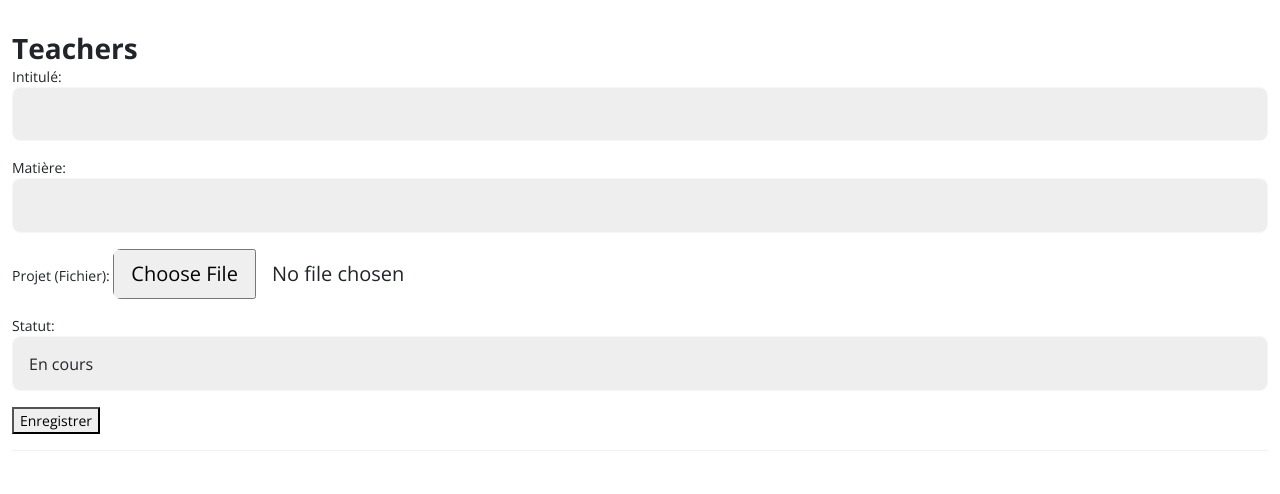
Repository: dimitri0004/Moodle
Page: http://localhost/enseignant/projet/ajouter
These files come from the project's save history. The page is drawn as it stood at one moment and after the next save; the edit follows.
The browser window is 1280 px wide. The pictures show the whole page.
The page is served by the project's application, run on Django 4.2 (manage.py). Other server files are loaded and not shown.

Above is the page before, as saved 2023-08-16 14:52:03.
Console error: TypeError: Cannot set properties of null (setting 'innerHTML')

### templates/Enseignant/projet.html
{% extends "base.html" %}
{% block content %}
<!DOCTYPE html>
<html lang="en">
<head>
    <meta charset="UTF-8">
    <title>Ajouter un projet</title>
</head>
<body>
    <div class="body d-flex py-lg-3 py-md-2">
        <div class="container-xxl">
            <div class="row">
                <div class="col-md-12">
                    <div class="card border-0 mb-4 no-bg">
                        <div class="card-header py-3 px-0  align-items-center  justify-content-between border-bottom">
                            <h3 class=" fw-bold flex-fill mb-0" style="4px solid red;" >Teachers</h3>


                            <form method="post"   enctype="multipart/form-data">
                                {% csrf_token %}
                                <div class="col-12">
                                    <div class="mb-2">
                                    {{ form.as_p }}
                                    </div>
                                </div>
                                <button type="submit">Enregistrer</button>
                            </form>
                       </div>
                    </div>
                </div>
            </div>
        </div>
    </div>
</body>
</html>


{% endblock %}

### templates/base.html
{% load static %}
<!DOCTYPE html>
<html lang="en">
<head>
    <meta charset="UTF-8">
    <meta name="viewport" content="width=device-width, initial-scale=1.0">
    <title>Document</title>

    <link rel="icon" href="favicon.ico" type="image/x-icon"> <!-- Favicon-->

    <!-- plugin css file  -->
    <link rel="stylesheet" href="{% static 'assets/css/carousel.min.css' %}" />
    <!-- project css file  -->
    <link rel="stylesheet" href="{% static 'assets/css/e-learn.style.min.css' %}">
    <!-- Google Code  -->
    <script async src="https://www.googletagmanager.com/gtag/js?id=UA-264428387-1"></script>
    <script>
      window.dataLayer = window.dataLayer || [];
      function gtag(){dataLayer.push(arguments);}
      gtag('js', new Date());

      gtag('config', 'UA-264428387-1');
    </script>

    <script src="{% static 'assets/bundles/libscripts.bundle.js' %}"></script>

    <!-- Plugin Js-->
    <script src="{% static 'assets/bundles/carousel.bundle.js' %}"></script>
    <script src="{% static 'assets/bundles/apexcharts.bundle.js' %}"></script>

    <!-- Jquery Page Js -->
    <script src="{% static 'js/template.js' %}"></script>
    <script src="{% static 'js/page/elearn-index.js' %}"></script>
</head>
<body>
   {% if user.is_authenticated %}

    {% include "_partiels/nav.html" %}
   {% endif %}


    {% block content %}{% endblock %}
</body>
</html>

### AppEcole/forms.py
from django import forms
from .models import Devoir

class ProjetForm(forms.ModelForm):
    intitule = forms.CharField(label='Intitulé', widget=forms.TextInput(attrs={
        'class': 'form-control form-control-lg'
    }))
    matiere = forms.CharField(label='Matière', widget=forms.TextInput(attrs={
        'class': 'form-control form-control-lg'
    }))
    projet = forms.FileField(label='Projet (Fichier)', widget=forms.ClearableFileInput(attrs={
        'class': 'form-control-file  form-control-lg'
    }))
    statut = forms.ChoiceField(label='Statut', choices=Devoir.STATUT_CHOICES, widget=forms.Select(attrs={
        'class': 'form-control form-control-lg'
    }))

    class Meta:
        model = Devoir
        fields = ['intitule', 'matiere', 'projet', 'statut']

### AppEcole/models.py
from django.db import models
from django.contrib.auth.models import AbstractUser
class User(AbstractUser):
    ETUDIANT= " ETUDIANT"
    ENSEIGNANT="ENSEIGNANT"
    ADMINISTRATEUR=" ADMINISTRATEUR"

    ROLE_CHOICES = (
        ('ETUDIANT', 'Etudiant'),
        ('ENSEIGNANT', 'Enseignant'),
        ('ADMINISTRATEUR', 'Administrateur'),
    )

    role = models.CharField(max_length=30, choices=ROLE_CHOICES, verbose_name='Rôle')
    birthdate = models.DateField(null=True, blank=False)
    identifiant = models.CharField(max_length=20, null=True, blank=False)

    def __str__(self):
        return self.username

class Devoir(models.Model):

    STATUT_CHOICES = [
        ('en_cours', 'En cours'),
        ('soumis', 'Soumis'),
        ('corrigé', 'Corrige'),
        ('traité', 'Traite'),
        ('archivé', 'Archivé'),
    ]
    intitule=models.CharField(max_length=255)
    matiere=models.CharField(max_length=255)
    statut = models.CharField(max_length=20, choices=STATUT_CHOICES)
    projet = models.FileField(upload_to='projets')

    def __str__(self):
        return self.intitule


# Create your models here.

### AppEcole/views.py
from django.shortcuts import render,redirect
from django.core.validators import validate_email
from django.contrib.auth.models import User
from django.db.models import Q
from django.contrib.auth.decorators import login_required
from django.contrib.auth import authenticate, login, logout
from .forms import ProjetForm


from django.contrib.auth import get_user_model

def index(request):
    return render(request,'index.html')

def inscription(request):
    error = False
    message = ""

    if request.method == "POST":
        username = request.POST.get('username')
        email = request.POST.get('email')
        nom = request.POST.get('nom')
        prenom = request.POST.get('prenom')
        password = request.POST.get('password')
        confirmePassword = request.POST.get('confirmePassword')
        role = request.POST.get('role')
        identifiant = request.POST.get('identifiant')
        date = request.POST.get('date')# Récupérer le rôle du formulaire

        try:
            validate_email(email)
        except:
            error = True
            message = "Entrer un email valide svp"

        User = get_user_model()  # Obtenir le modèle utilisateur personnalisé

        user = User.objects.filter(Q(email=email) | Q(username=username)).first()
        if user:
            error = True
            message = f"L'email {email} ou le nom d'utilisateur {nom} est déjà utilisé par un utilisateur"

        if password != confirmePassword:
            error = True
            message = "Les deux mots de passe ne sont pas identiques"

        if error == False:
            user = User(

                username=username,
                email=email,
                last_name=nom,
                first_name=prenom,
                identifiant=identifiant,
                role=role,
                birthdate=date# Enregistrer le rôle dans le modèle
            )
            user.set_password(password)
            user.save()
            return redirect('acceuil')

    context = {
        'error': error,
        'message': message
    }
    return render(request, 'Utilisateur/inscription.html', context)

def connexion(request):
    error=False
    message=""
    if request.method=="POST":

        email=request.POST.get('email', None)
        password=request.POST.get('password', None)

        User = get_user_model()
        user=User.objects.filter(email=email).first()
        if user:
            user=authenticate(username=user.username, password=password)
            if user:
                login(request, user)
                return redirect('acceuil')
            else:
                error=True
                message="mot de passe  incorrecte"
        else:
            error=True
            message="l'utilisateur n'existe pas"
    return render(request, 'Utilisateur/connexion.html', {'error':error, 'message':message})

def ajouter_projet(request):
    if request.method == 'POST':
        form = ProjetForm(request.POST, request.FILES)
        if form.is_valid():
            form.save()
            return redirect('ajouter_projet')  # Rediriger vers la liste des projets
    else:
        form = ProjetForm()

    context = {'form': form}
    return render(request, 'Enseignant/projet.html', context)

# Create your views here.

### MoodleProject/urls.py
"""
URL configuration for MoodleProject project.

The `urlpatterns` list routes URLs to views. For more information please see:
    https://docs.djangoproject.com/en/4.2/topics/http/urls/
Examples:
Function views
    1. Add an import:  from my_app import views
    2. Add a URL to urlpatterns:  path('', views.home, name='home')
Class-based views
    1. Add an import:  from other_app.views import Home
    2. Add a URL to urlpatterns:  path('', Home.as_view(), name='home')
Including another URLconf
    1. Import the include() function: from django.urls import include, path
    2. Add a URL to urlpatterns:  path('blog/', include('blog.urls'))
"""
from django.contrib import admin
from django.urls import path,include
from django.conf import settings
from django.conf.urls.static import static


urlpatterns = [
    path('admin/', admin.site.urls),
    path('', include('AppEcole.urls')),
]
if settings.DEBUG:
    urlpatterns += static(settings.MEDIA_URL,
    document_root=settings.MEDIA_ROOT)

### AppEcole/urls.py
from django.urls import path
from .views import index, inscription, connexion,ajouter_projet
urlpatterns = [
    path('acceuil', index, name='acceuil'),
    path('inscription/', inscription, name='register'),
    path('connexion/', connexion, name='login'),
    path('enseignant/projet/ajouter', ajouter_projet, name='ajouter_projet'),

]

### static/assets/css/carousel.min.css
.owl-carousel,.owl-carousel .owl-item{-webkit-tap-highlight-color:transparent;position:relative}.owl-carousel{display:none;width:100%;z-index:1}.owl-carousel .owl-stage{position:relative;-ms-touch-action:pan-Y;-moz-backface-visibility:hidden}.owl-carousel .owl-stage:after{content:".";display:block;clear:both;visibility:hidden;line-height:0;height:0}.owl-carousel .owl-stage-outer{position:relative;overflow:hidden;-webkit-transform:translate3d(0, 0, 0)}.owl-carousel .owl-item,.owl-carousel .owl-wrapper{-webkit-backface-visibility:hidden;-moz-backface-visibility:hidden;-ms-backface-visibility:hidden;-webkit-transform:translate3d(0, 0, 0);-moz-transform:translate3d(0, 0, 0);-ms-transform:translate3d(0, 0, 0)}.owl-carousel .owl-item{min-height:1px;float:left;-webkit-backface-visibility:hidden;-webkit-touch-callout:none}.owl-carousel .owl-item img{display:block;width:100%}.owl-carousel .owl-dots.disabled,.owl-carousel .owl-nav.disabled{display:none}.no-js .owl-carousel,.owl-carousel.owl-loaded{display:block}.owl-carousel .owl-dot,.owl-carousel .owl-nav .owl-next,.owl-carousel .owl-nav .owl-prev{cursor:pointer;cursor:hand;-webkit-user-select:none;-khtml-user-select:none;-moz-user-select:none;-ms-user-select:none;user-select:none}.owl-carousel.owl-loading{opacity:0;display:block}.owl-carousel.owl-hidden{opacity:0}.owl-carousel.owl-refresh .owl-item{visibility:hidden}.owl-carousel.owl-drag .owl-item{-webkit-user-select:none;-moz-user-select:none;-ms-user-select:none;user-select:none}.owl-carousel.owl-grab{cursor:move;cursor:grab}.owl-carousel.owl-rtl{direction:rtl}.owl-carousel.owl-rtl .owl-item{float:right}.owl-carousel .animated{animation-duration:1s;animation-fill-mode:both}.owl-carousel .owl-animated-in{z-index:0}.owl-carousel .owl-animated-out{z-index:1}.owl-carousel .fadeOut{animation-name:fadeOut}@keyframes fadeOut{0%{opacity:1}100%{opacity:0}}.owl-height{transition:height .5s ease-in-out}.owl-carousel .owl-item .owl-lazy{opacity:0;transition:opacity .4s ease}.owl-carousel .owl-item img.owl-lazy{transform-style:preserve-3d}.owl-carousel .owl-video-wrapper{position:relative;height:100%;background:#000}.owl-carousel .owl-video-play-icon{position:absolute;height:80px;width:80px;left:50%;top:50%;margin-left:-40px;margin-top:-40px;background:url(owl.video.play.html) no-repeat;cursor:pointer;z-index:1;-webkit-backface-visibility:hidden;transition:transform .1s ease}.owl-carousel .owl-video-play-icon:hover{-ms-transform:scale(1.3, 1.3);transform:scale(1.3, 1.3)}.owl-carousel .owl-video-playing .owl-video-play-icon,.owl-carousel .owl-video-playing .owl-video-tn{display:none}.owl-carousel .owl-video-tn{opacity:0;height:100%;background-position:center center;background-repeat:no-repeat;background-size:contain;transition:opacity .4s ease}.owl-carousel .owl-video-frame{position:relative;z-index:1;height:100%;width:100%}

### static/js/template.js
if (typeof jQuery === "undefined") {
    throw new Error("jQuery plugins need to be before this file");
}

$(function() {
    "use strict";

    // main sidebar toggle js
    $('.menu-toggle').on('click', function () {
        $('.sidebar').toggleClass('open');
        $('.open').removeClass('sidebar-mini');
    });

    // layout a sidebar mini version
    $('.sidebar-mini-btn').on('click', function () {
        $('.sidebar').toggleClass('sidebar-mini');
        $('.sidebar-mini').removeClass('open');
    });

    // chat page chatlist toggle js
    $('.chatlist-toggle').on('click', function () {
        $('.card-chat').toggleClass('open');
    });

    $(".theme-rtl input").on('change',function() {
        if(this.checked) {
            $("body").addClass('rtl_mode');
        }else{
            $("body").removeClass('rtl_mode');
        }

    });

    // cSidebar overflow daynamic height

    overFlowDynamic();

    $(window).resize(function(){
        overFlowDynamic();
    });

    function overFlowDynamic(){
        var sideheight=$(".sidebar.sidebar-mini").height() + 48;

        if(sideheight <= 760) {
            $(".sidebar.sidebar-mini").css( "overflow", "scroll");
        }
        else{
            $(".sidebar.sidebar-mini").css( "overflow", "visible");
        }
    }


    // Dropdown scroll hide using table responsive

    $('.table-responsive').on('show.bs.dropdown', function () {
        $('.table-responsive').css( "overflow", "inherit" );
    });

    $('.table-responsive').on('hide.bs.dropdown', function () {
            $('.table-responsive').css( "overflow", "auto" );
    })

    // light and dark theme setting js
    var toggleSwitch = document.querySelector('.theme-switch input[type="checkbox"]');
    var toggleHcSwitch = document.querySelector('.theme-high-contrast input[type="checkbox"]');
    var currentTheme = localStorage.getItem('theme');
    if (currentTheme) {
        document.documentElement.setAttribute('data-theme', currentTheme);

        if (currentTheme === 'dark') {
            toggleSwitch.checked = true;
        }
        if (currentTheme === 'high-contrast') {
            toggleHcSwitch.checked = true;
            toggleSwitch.checked = false;
        }
    }
    function switchTheme(e) {
        if (e.target.checked) {
            document.documentElement.setAttribute('data-theme', 'dark');
            localStorage.setItem('theme', 'dark');
            $('.theme-high-contrast input[type="checkbox"]').prop("checked", false);
        }
        else {
            document.documentElement.setAttribute('data-theme', 'light');
            localStorage.setItem('theme', 'light');
        }
    }
    toggleSwitch.addEventListener('change', switchTheme, false);
    // end
});

// live support team js
$(function() {
    "use strict";
    var Tawk_API=Tawk_API||{}, Tawk_LoadStart=new Date();
    (function(){
        var s1=document.createElement("script"),s0=document.getElementsByTagName("script")[0];
        s1.async=true;
        s1.src='https://embed.tawk.to/6051a040f7ce18270930e55a/1f0vdjvfu';
        s1.charset='UTF-8';
        s1.setAttribute('crossorigin','*');
        s0.parentNode.insertBefore(s1,s0);
    })();
});

### static/js/page/elearn-index.js
if (typeof jQuery === "undefined") {
    throw new Error("jQuery plugins need to be before this file");
}
$(function() {
    "use strict";
    var tooltipTriggerList = [].slice.call(document.querySelectorAll('[data-bs-toggle="tooltip"]'))
    var tooltipList = tooltipTriggerList.map(function (tooltipTriggerEl) {
        return new bootstrap.Tooltip(tooltipTriggerEl)
    })

    /*****Owl Slider************/
    $(document).ready(function(){
        $('.owl-carouselone').owlCarousel({
            stagePadding: 30,
            loop:true,
            margin:10,
            nav:true,
            navText: ["<img src='../dist/assets/images/stylish-left.png'>","<img src='../dist/assets/images/stylish-right.png'>"],
            responsive:{
                0:{
                    items:1
                },
                480:{
                    items:3
                },
                600:{
                    items:3
                },
                740:{
                    items:6
                },
                1000:{
                    items:2
                },
                1100:{
                    items:3
                },
                1400:{
                    items:3
                },
                1500:{
                    items:4
                }
            }
        })

        $('.owl-carouseltwo').owlCarousel({
            loop:true,
            margin:5,
            autoplay:true,
            autoplayTimeout:4000,
            autoplayHoverPause:true,
            responsive:{
                0:{
                    items:1
                },
                480:{
                    items:1
                },
                600:{
                    items:1
                },
                1000:{
                    items:2
                },
                1100:{
                    items:2
                },
                1400:{
                    items:3
                }
            }
        })
    });

    // basic-column
    $(document).ready(function() {
        var options = {
            chart: {
                height: 350,
                type: 'bar',
            },
            colors: ['var(--chart-color1)', 'var(--chart-color2)', 'var(--chart-color4)'],
            plotOptions: {
                bar: {
                    horizontal: false,
                    columnWidth: '55%',
                    endingShape: 'rounded'
                },
            },
            dataLabels: {
                enabled: false
            },
            stroke: {
                show: true,
                width: 2,
                colors: ['transparent']
            },
            series: [{
                name: 'Listening',
                data: [44, 55, 57, 56, 61, 58, 63, 60, 66]
            }, {
                name: 'Writing',
                data: [76, 85, 101, 98, 87, 105, 91, 114, 94]
            }, {
                name: 'Video View',
                data: [35, 41, 36, 26, 45, 48, 52, 53, 41]
            }],
            xaxis: {
                categories: ['Feb', 'Mar', 'Apr', 'May', 'Jun', 'Jul', 'Aug', 'Sep', 'Oct'],
            },
            yaxis: {
                title: {
                    text: ''
                }
            },
            fill: {
                opacity: 1

            },
            tooltip: {
                y: {
                    formatter: function (val) {
                        return "$ " + val + " thousands"
                    }
                }
            }
        }

        var chart = new ApexCharts(
            document.querySelector("#apex-basic-column"),
            options
        );

        chart.render();
    });


});
/*****digital-clock************/
function date_time(id){
    date = new Date;
    h = date.getHours();
    if(h<10)
    {
            h = "0"+h;
    }
    m = date.getMinutes();
    if(m<10)
    {
            m = "0"+m;
    }
    s = date.getSeconds();
    if(s<10)
    {
            s = "0"+s;
    }
    document.getElementById("s").innerHTML = ''+s;
    document.getElementById("m").innerHTML = ''+m;
    document.getElementById("h").innerHTML = ''+h;
    setTimeout('date_time("'+"s"+'");','1000');
    return true;
}
window.onload = date_time('s');

Loaded but not shown: static/assets/css/e-learn.style.min.css (library); static/assets/bundles/libscripts.bundle.js (library); static/assets/bundles/carousel.bundle.js (library); static/assets/bundles/apexcharts.bundle.js (library)

After the next save:
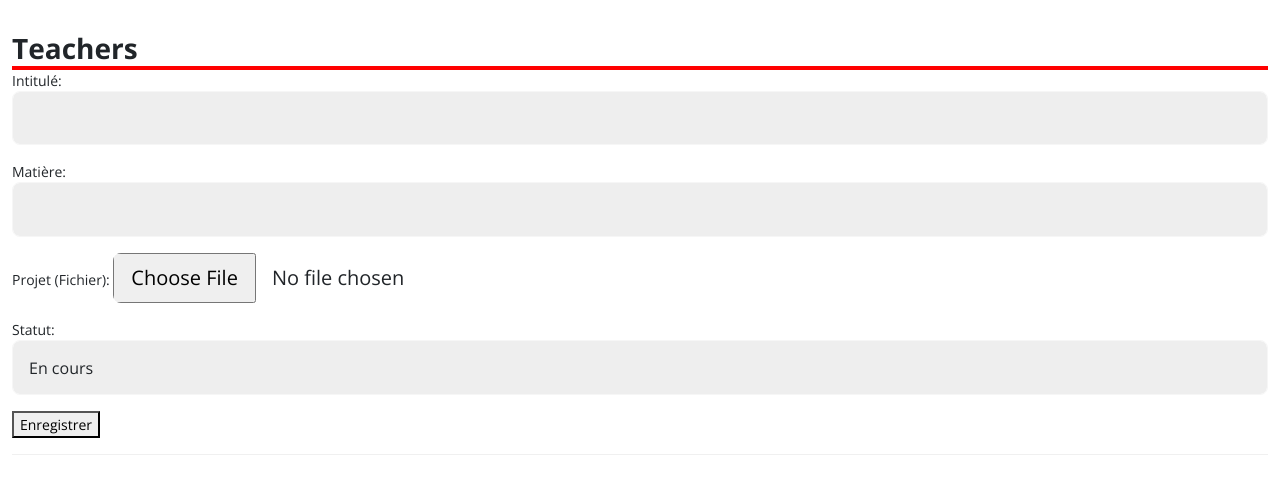
Saved 58 s later.
--- a/templates/Enseignant/projet.html
+++ b/templates/Enseignant/projet.html
@@ -13,7 +13,7 @@
                 <div class="col-md-12">
                     <div class="card border-0 mb-4 no-bg">
                         <div class="card-header py-3 px-0  align-items-center  justify-content-between border-bottom">
-                            <h3 class=" fw-bold flex-fill mb-0" style="4px solid red;" >Teachers</h3>
+                            <h3 class=" fw-bold flex-fill mb-0" style="border-bottom: 4px solid red;">Teachers</h3>
 
 
                             <form method="post"   enctype="multipart/form-data">
